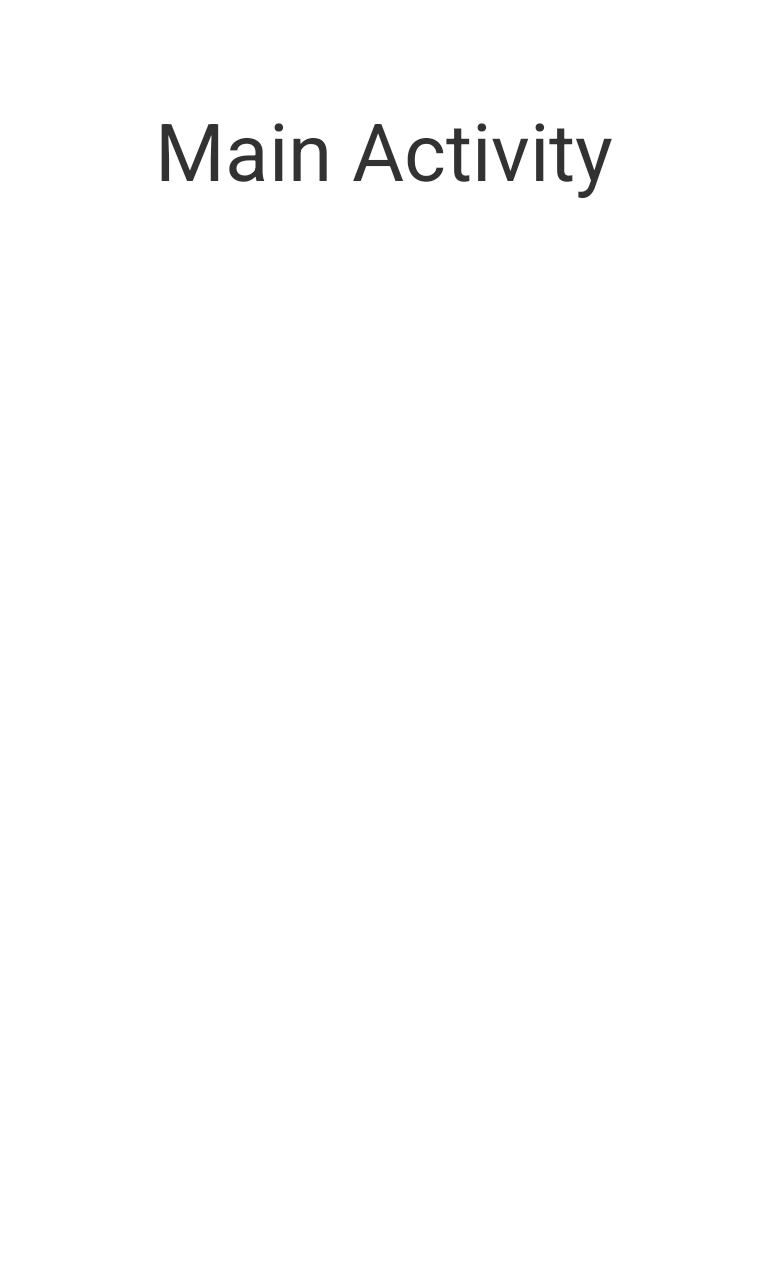
Repository: CiLiNet-Android/courseware
Layout: Android基本组件/BroadCastReciver/SourceCodes/OrderedBroadcastReceiverDemo/res/layout/activity_main.xml
The author's editor kept a copy of each file at every save. The layout is drawn from the files as they stood at one save, then again after the next save.
It is drawn on a 768 x 1280 px phone screen (xhdpi) without system bars, with theme AppTheme; the app's code is not run.

Above is the layout before, as saved 2014-02-09 14:50:06.

### Android基本组件/BroadCastReciver/SourceCodes/OrderedBroadcastReceiverDemo/res/layout/activity_main.xml
<?xml version="1.0" encoding="utf-8"?>
<LinearLayout xmlns:android="http://schemas.android.com/apk/res/android"
    android:layout_width="match_parent"
    android:layout_height="match_parent"
    android:orientation="vertical" >

    <TextView
        android:layout_width="match_parent"
        android:layout_height="150dp"
        android:gravity="center"
        android:textSize="40sp"
        android:text="Main Activity"/>


</LinearLayout>

Loaded but not shown: Android基本组件/BroadCastReciver/SourceCodes/OrderedBroadcastReceiverDemo/res/values/styles.xml (common file)

After the next save:
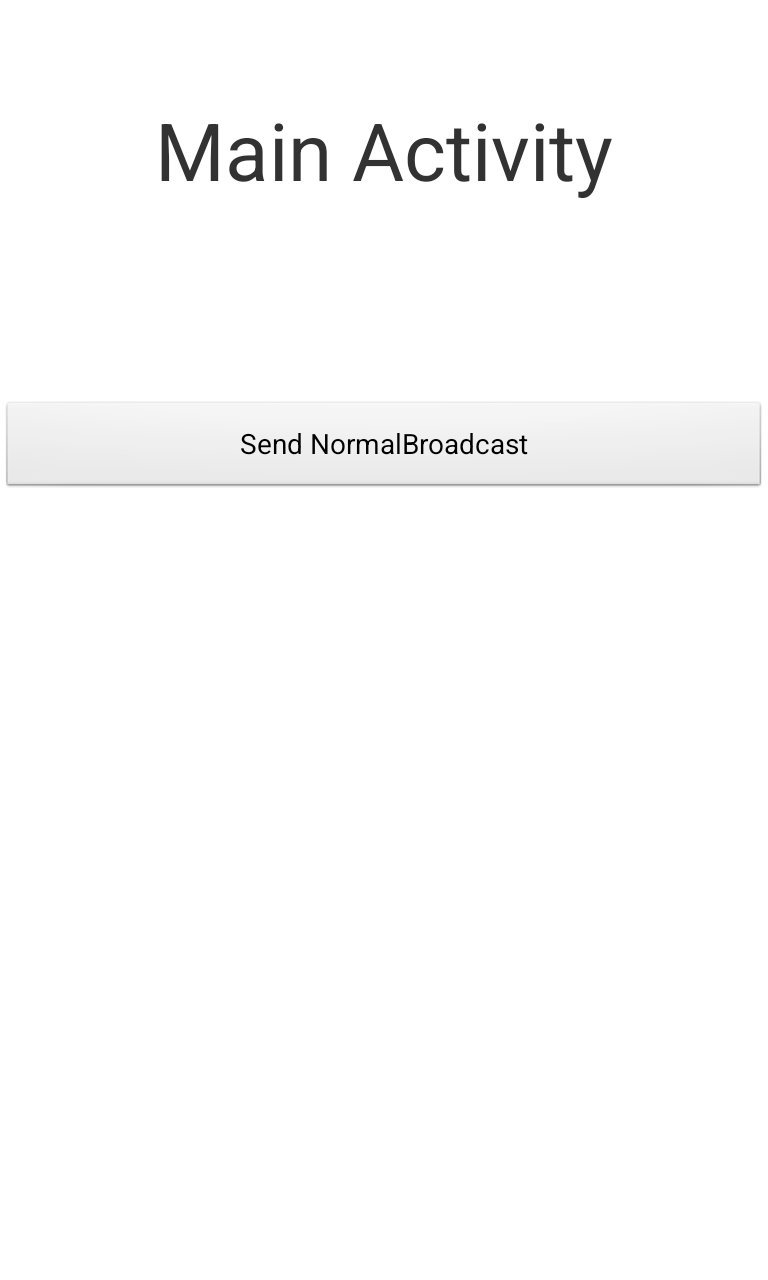
Saved 2 min 36 s later.
--- a/Android基本组件/BroadCastReciver/SourceCodes/OrderedBroadcastReceiverDemo/res/layout/activity_main.xml
+++ b/Android基本组件/BroadCastReciver/SourceCodes/OrderedBroadcastReceiverDemo/res/layout/activity_main.xml
@@ -11,5 +11,12 @@
         android:textSize="40sp"
         android:text="Main Activity"/>
 
+    <Button
+        android:layout_width="match_parent"
+        android:layout_height="wrap_content"
+        android:layout_marginTop="50dp"
+        android:text="Send NormalBroadcast"
+        android:id="@+id/btn_sendNormalBroadcast"/>
+
 
 </LinearLayout>
